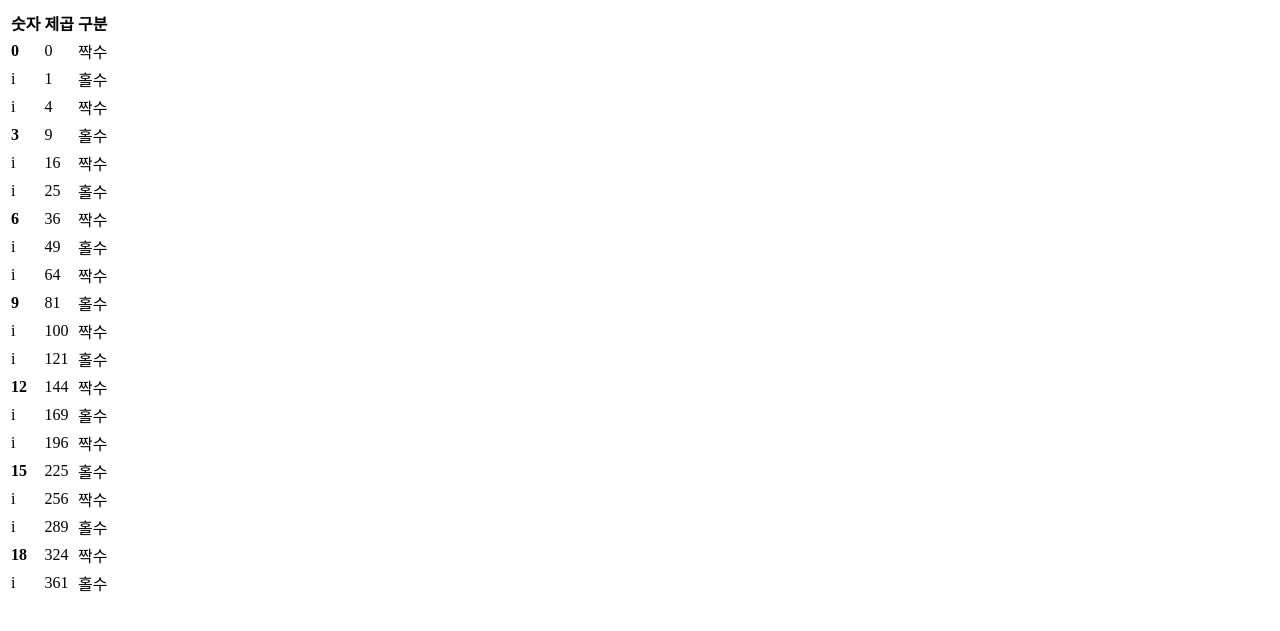
Repository: hyeongu135-ui/Jsp2026
Page: http://localhost/chapter01/example_stripe.jsp
An editor plug-in stored every save of this project. The page is shown before and after the next save, followed by the edit.
The browser window is 1280 px wide. The pictures show the whole page.
The page is served by Tomcat 9.

Above is the page before, as saved 2026-10-16 06:08:14.

### chapter01/src/main/webapp/example_stripe.jsp
<%@ page language="java" contentType="text/html; charset=UTF-8"
	pageEncoding="UTF-8" import="java.util.*"%>
<!DOCTYPE html>
<html>
<head>
<meta charset="UTF-8">
<title>Insert title here</title>
</head>
<body>
	<table>
		<tr>
			<th>숫자</th>
			<th>제곱</th>
			<th>구분</th>
		</tr>
		<%for(int i = 0; i <=19; i++){%>
		<tr>
			<td><%=i%3==0?"<b>"+i+"</b>":"i"%></td>
			<td><%=i*i%></td>
			<td><%=i*i%2==1?"홀수":"짝수"%></td>
			<%}%>

	</table>
</body>
</html>

After the next save:
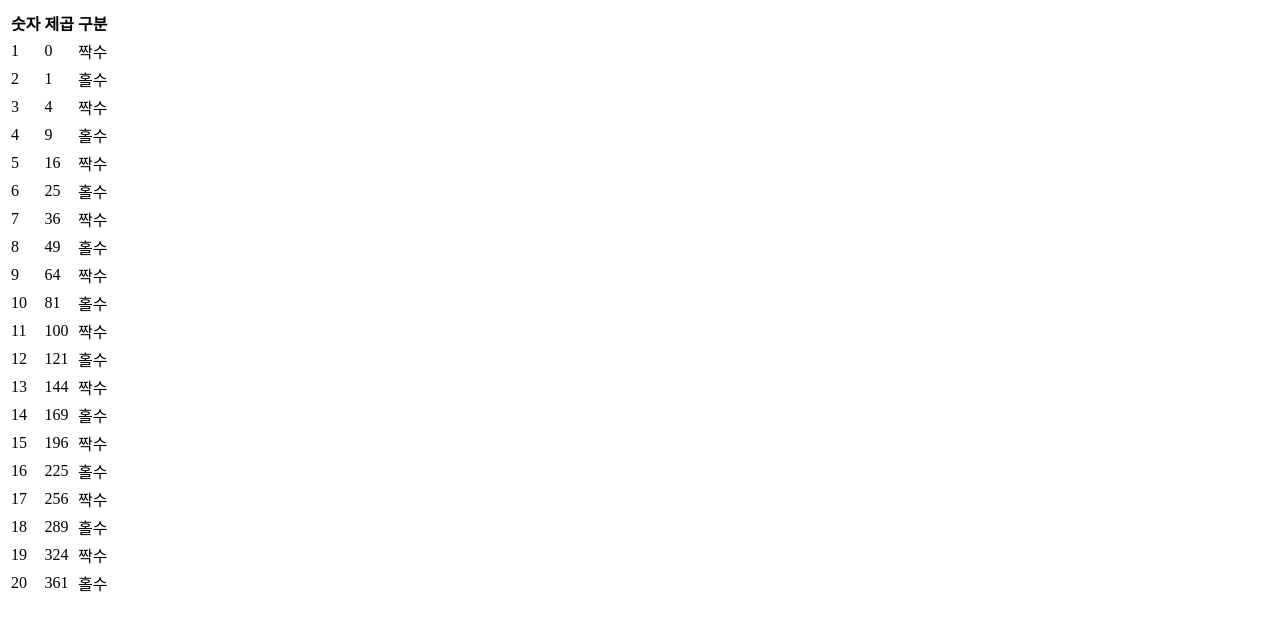
Saved 31 s later.
--- a/chapter01/src/main/webapp/example_stripe.jsp
+++ b/chapter01/src/main/webapp/example_stripe.jsp
@@ -15,7 +15,7 @@
 		</tr>
 		<%for(int i = 0; i <=19; i++){%>
 		<tr>
-			<td><%=i%3==0?"<b>"+i+"</b>":"i"%></td>
+			<td><%=i+1%3==0?"<b>"+(i+1)+"</b>":i+1%></td>
 			<td><%=i*i%></td>
 			<td><%=i*i%2==1?"홀수":"짝수"%></td>
 			<%}%>
